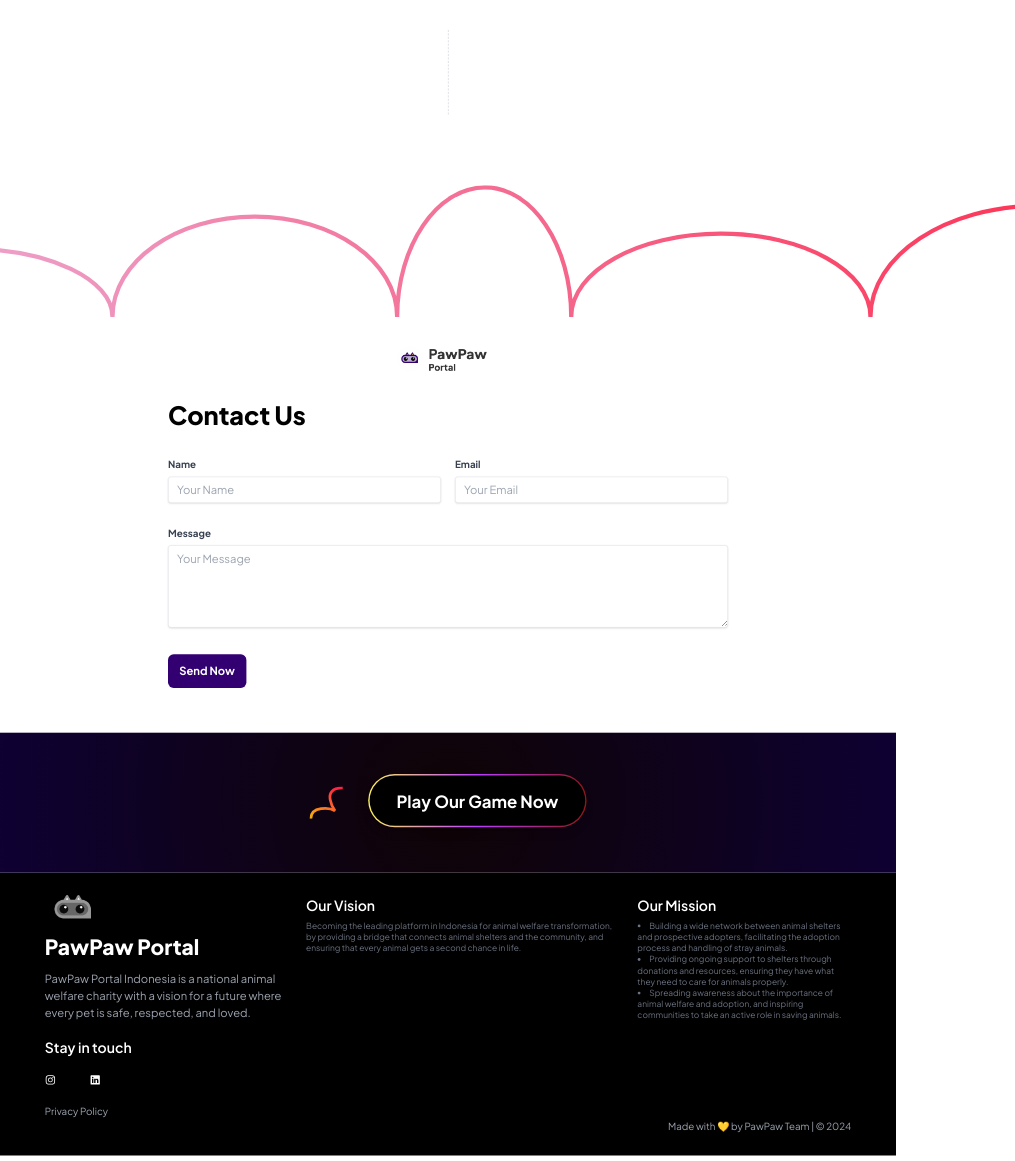
Repository: paskasiregar/pawpawwebsite
Page: /
An editor plug-in stored every save of this project. The page is shown before and after the next save, followed by the edit.
The browser window is 1280 px wide. The page is 1450 px wide, so the pictures cover 1450 px, including what lies to the right of the window. The pictures show the part of the page from y = 1534 to 3214 px (the page is 3193 px tall before and 3877 px after), at 70% of full size.
The project was rebuilt for these pictures with package versions that can differ from the ones it lists, and the page was loaded fresh each time. The framework's server and built-in components were replaced by stand-ins that run in the browser. Also part of the build but not shown: next.config.js, next.config.mjs.

Above is the page before, as saved 2024-09-06 11:00:06.

After the next save:
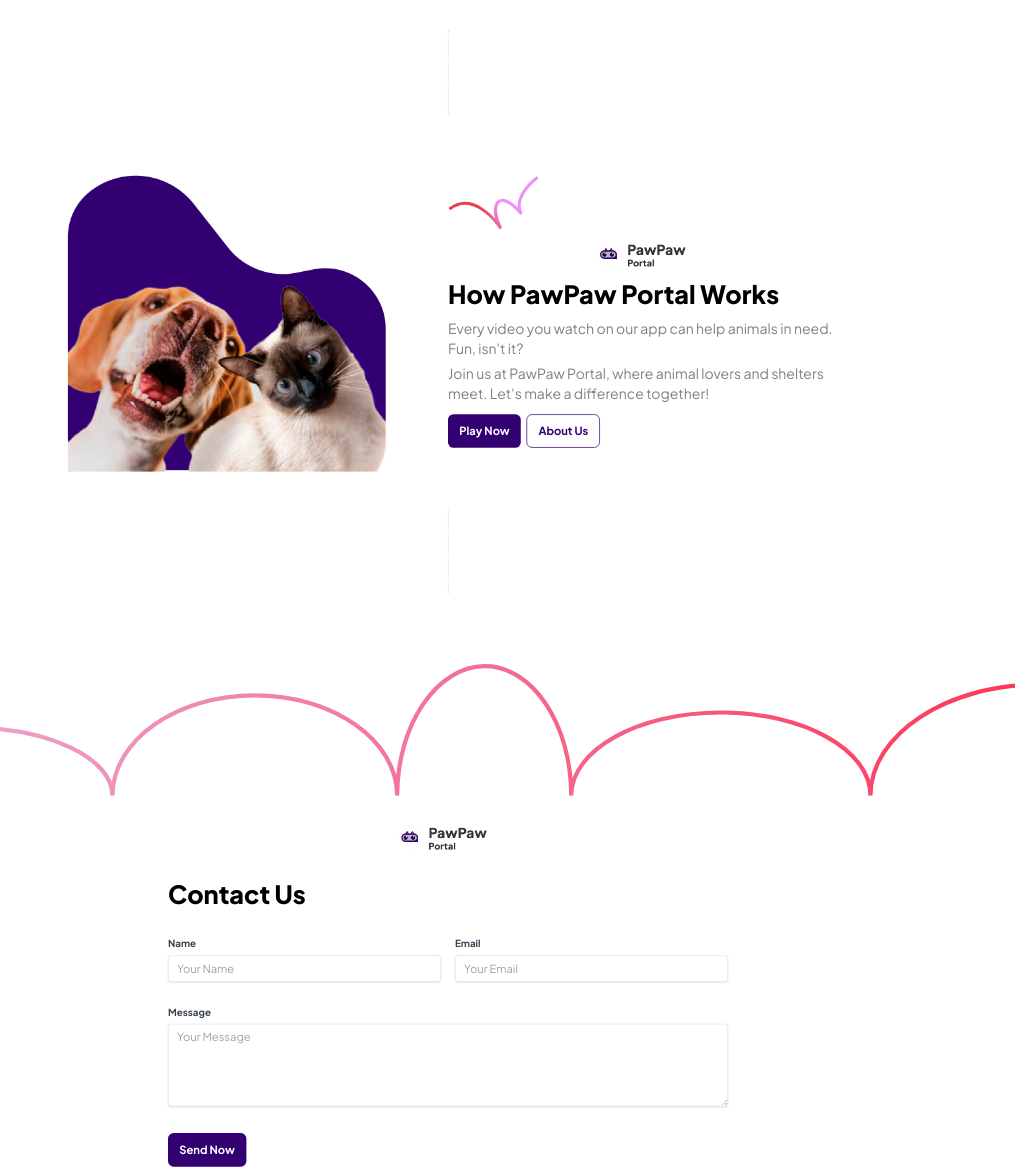
Saved 96 s later.
--- a/src/app/page.js
+++ b/src/app/page.js
@@ -111,7 +111,6 @@ export default async function Home() {
                     </div>
                   </div>
                 </div>
-
                 <div className="flex flex-col md:flex-row gap-2">
                   <PrimaryButton href="https://game.pawpawportal.com">
                     Play Now
@@ -126,6 +125,105 @@ export default async function Home() {
               </div>
             </div>
           </div>
+
+          <Divider />
+          <div className="self-stretch bg-white flex flex-col md:flex-row">
+            <div className="flex-1 relative h-48 md:h-[489px] z-[0] flex items-center justify-center">
+              <Image
+                className="w-[80%] h-auto object-cover"
+                alt="banner"
+                src={bannerImage}
+                width={200}
+                height={200}
+              />
+            </div>
+
+            <div
+              id="how-it-works"
+              className="flex-1 flex flex-col items-center md:items-start justify-center gap-4 z-[1] p-4 md:p-8"
+            >
+              <div className="space-y-4">
+                <div className="flex justify-center md:justify-start">
+                  <svg
+                    width="130"
+                    height="77"
+                    viewBox="0 0 130 77"
+                    fill="none"
+                    xmlns="http://www.w3.org/2000/svg"
+                  >
+                    <path
+                      d="M2.04016 48.038C39.1938 19.0059 75.4362 75.5193 75.4362 75.5193C58.6481 44.4597 70.5515 14.7701 105.05 54.8444C105.05 54.8444 88.8644 34.0647 127.885 2.52962"
+                      stroke="url(#paint0_linear_545_35744)"
+                      strokeWidth="4.42591"
+                      strokeMiterlimit="10"
+                      strokeLinejoin="bevel"
+                    />
+                    <defs>
+                      <linearGradient
+                        id="paint0_linear_545_35744"
+                        x1="19.971"
+                        y1="73.8863"
+                        x2="126.116"
+                        y2="-0.218346"
+                        gradientUnits="userSpaceOnUse"
+                      >
+                        <stop offset="0.2868" stopColor="#E9404C" />
+                        <stop offset="0.2967" stopColor="#EA475C" />
+                        <stop offset="0.3252" stopColor="#EB5B85" />
+                        <stop offset="0.3554" stopColor="#EB6CA8" />
+                        <stop offset="0.3871" stopColor="#EC79C5" />
+                        <stop offset="0.4209" stopColor="#EC84DB" />
+                        <stop offset="0.4577" stopColor="#ED8BEB" />
+                        <stop offset="0.4998" stopColor="#ED90F4" />
+                        <stop offset="0.5589" stopColor="#ED91F7" />
+                      </linearGradient>
+                    </defs>
+                  </svg>
+                </div>
+                <div className="hidden md:flex items-center justify-center">
+                  <Image
+                    className="w-36 h-10 object-cover"
+                    alt="Logo"
+                    src={logoHeaderImage}
+                    width={120}
+                    height={20}
+                  />
+                </div>
+                <div className="flex flex-col items-center md:items-start">
+                  <div className="relative font-extrabold text-2xl md:text-4xl text-center md:text-left">
+                    How PawPaw Portal Works
+                  </div>
+                </div>
+                <div className="self-stretch flex flex-col md:flex-row items-center md:items-start justify-start text-lg md:text-xl text-gray-500">
+                  <div className="flex-1 flex flex-col items-center md:items-start justify-start">
+                    <div className="self-stretch">
+                      <p className="m-0 text-center md:text-left">
+                        Every video you watch on our app can help animals in
+                        need. Fun, isn&apos;t it?
+                      </p>
+                      <p className="m-2"></p>
+                      <p className="m-0 text-center md:text-left">
+                        Join us at PawPaw Portal, where animal lovers and
+                        shelters meet. Let&apos;s make a difference together!
+                      </p>
+                    </div>
+                  </div>
+                </div>
+                <div className="flex flex-col md:flex-row gap-2">
+                  <PrimaryButton href="https://game.pawpawportal.com">
+                    Play Now
+                  </PrimaryButton>
+                  <Link
+                    href="#about-us"
+                    className="flex flex-col md:flex-row gap-2"
+                  >
+                    <SecButton>About Us</SecButton>
+                  </Link>
+                </div>
+              </div>
+            </div>
+          </div>
+
           <Divider />
           <Contact />
         </main>
